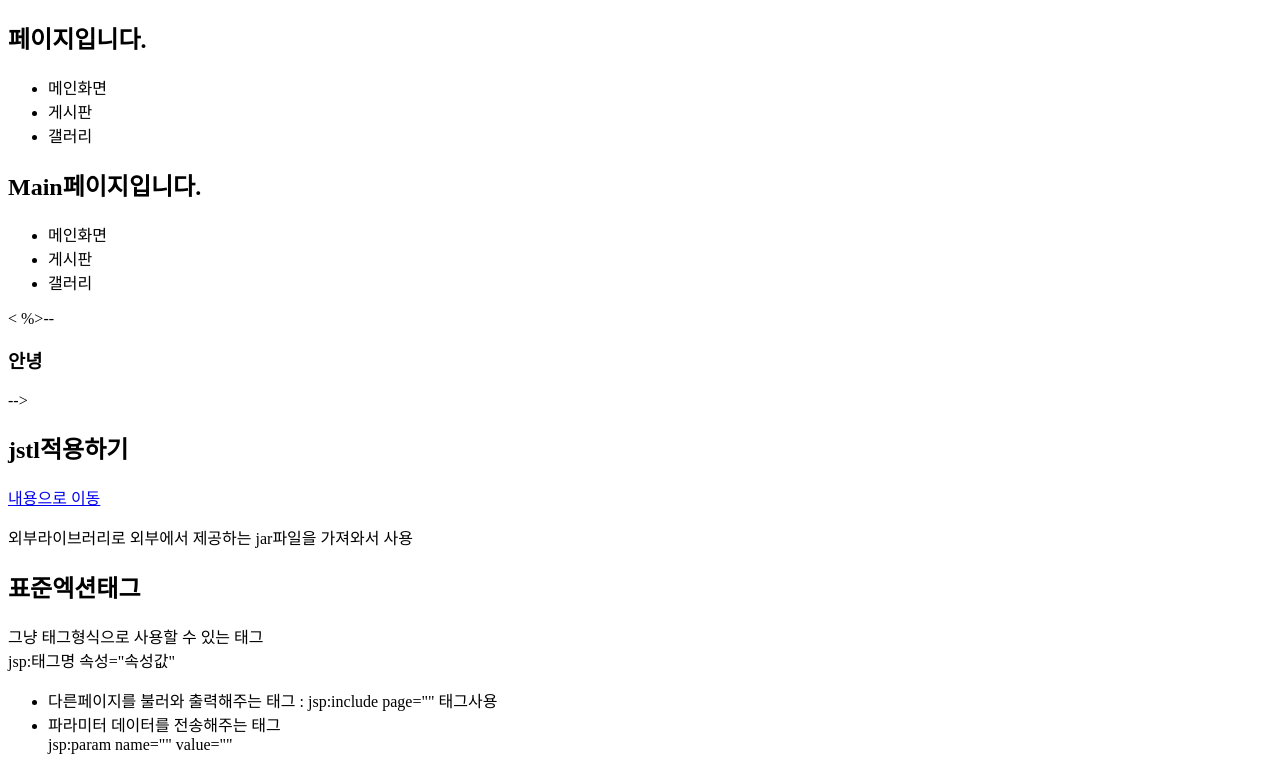
Repository: yongmin0309/mybatis1
Page: http://localhost/eL_JSTL/
An editor plug-in stored every save of this project. The page is shown before and after the next save, followed by the edit.
The browser window is 1280 px wide. The pictures show the whole page.
The page is served by Tomcat 9. Other server files are loaded and not shown.

Above is the page before, as saved 2024-04-20 05:33:30.

### work/eL_JSTL/src/main/webapp/index.jsp
<%@ page language="java" contentType="text/html; charset=UTF-8"
    pageEncoding="UTF-8"%>
<!-- 이용할 jstl태그를 선언해야함 -->
<%@ taglib prefix="c" uri="http://java.sun.com/jsp/jstl/core" %>
<%@ taglib prefix="fmt" uri="http://java.sun.com/jsp/jstl/fmt" %>
<%@ include file="/views/common/header.jsp" %>
<jsp:include page="/views/common/header.jsp">
	<jsp:param name="title" value="Main"/>
</jsp:include>

	 < %>--<h3><%=name %></h3>-->
	<h2>jstl적용하기</h2>
	<a href="views/content.jsp">내용으로 이동</a>
	<p>외부라이브러리로 외부에서 제공하는 jar파일을 가져와서 사용</p>

	<h2>표준엑션태그</h2>
	<p>
		그냥 태그형식으로 사용할 수 있는 태그<br>
		jsp:태그명 속성="속성값"
	</p>

	<ul>
		<li>
			다른페이지를 불러와 출력해주는 태그 : jsp:include  page="" 태그사용
		</li>
		<li>
			파라미터 데이터를 전송해주는 태그 <br>
			jsp:param name="" value=""
		</li>
	</ul>
</body>
</html>

### work/eL_JSTL/src/main/webapp/views/common/header.jsp
<%@ page language="java" contentType="text/html; charset=UTF-8"
    pageEncoding="UTF-8"%>
<%
	String name="안녕";
%>
<!DOCTYPE html>
<html>
<head>
<meta charset="UTF-8">
<title>근명고등학교</title>
</head>
<body>
	<h2>${param.title}페이지입니다.</h2>
	<ul>
		<li>메인화면</li>
		<li>게시판</li>
		<li>갤러리</li>
	</ul>

After the next save:
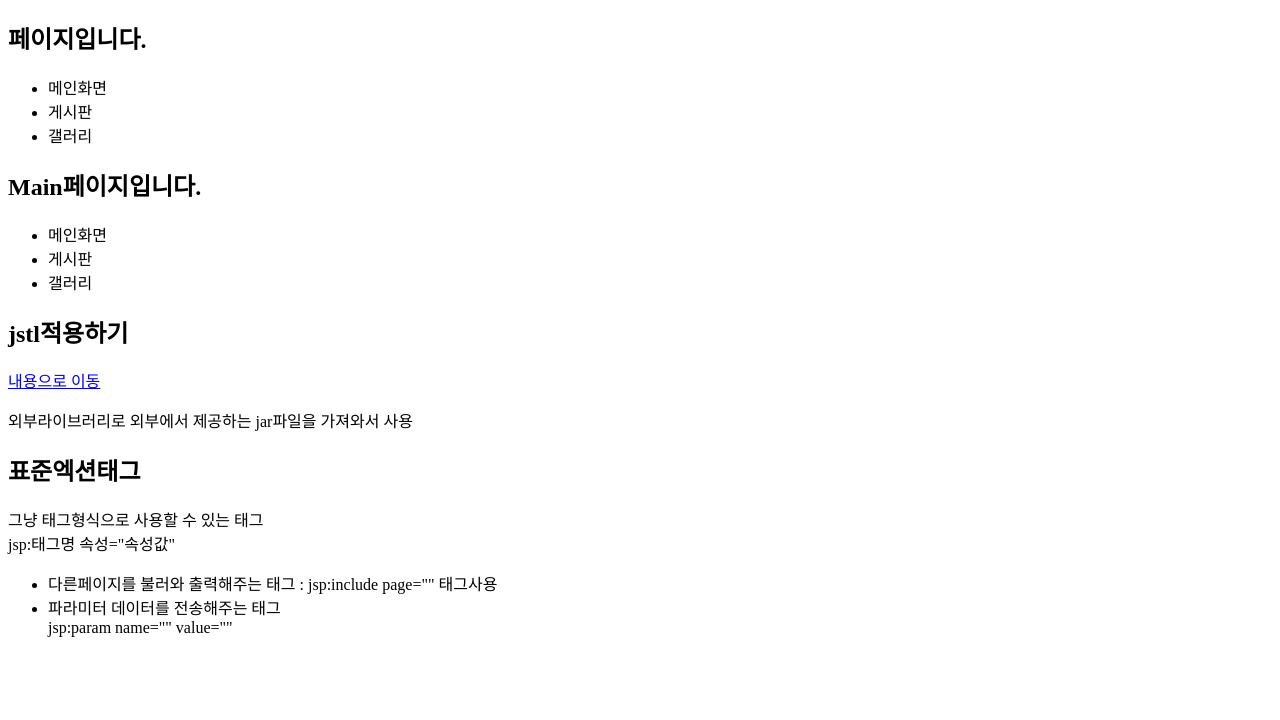
Saved 34 s later.
--- a/work/eL_JSTL/src/main/webapp/index.jsp
+++ b/work/eL_JSTL/src/main/webapp/index.jsp
@@ -8,7 +8,6 @@
 	<jsp:param name="title" value="Main"/>
 </jsp:include>
 
-	 < %>--<h3><%=name %></h3>-->
 	<h2>jstl적용하기</h2>
 	<a href="views/content.jsp">내용으로 이동</a>
 	<p>외부라이브러리로 외부에서 제공하는 jar파일을 가져와서 사용</p>
